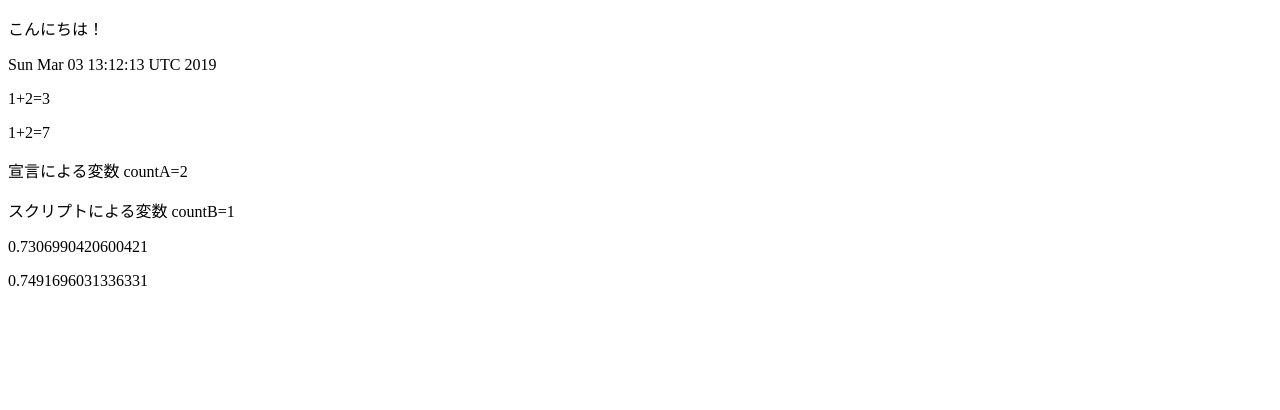
Repository: otake-natsumi/re_test
Page: http://localhost/HelloJSP/
The author's editor kept a copy of each file at every save. The page is drawn from the files as they stood at one save, then again after the next save.
The browser window is 1280 px wide. The pictures show the whole page.
The page is served by Tomcat 9.

Above is the page before, as saved 2019-03-03 13:26:13.

### HelloJSP/WebContent/index.jsp
<%@ page language="java" contentType="text/html; charset=UTF-8" pageEncoding="UTF-8"%>
<!DOCTYPE html>
<html>
<head>
	<meta charset="UTF-8">
	<title>TEST</title>
</head>
<body>

<p>こんにちは！</p>
<% out.println(new java.util.Date()); %>

<%!
	static int add(int a, int b){
		return a+b;
	}
%>
<p>1+2=<%=add(1,2) %></p>
<p>1+2=<%=add(3,4) %></p>

<%! static int countA=1; %>
<%
	int countB=0;
	countA++;
	countB++;
%>
<p>宣言による変数 countA=<%=countA %></p>
<p>スクリプトによる変数 countB=<%=countB %></p>

<p><% out.println(Math.random()); %></p>
<p><%=Math.random() %></p>
</body>
</html>

After the next save:
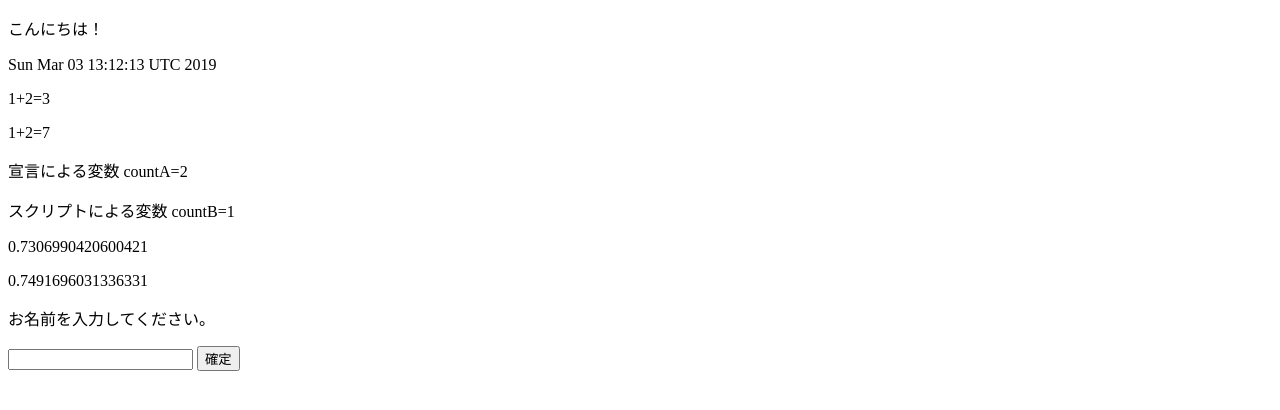
Saved 118 s later.
--- a/HelloJSP/WebContent/index.jsp
+++ b/HelloJSP/WebContent/index.jsp
@@ -29,5 +29,11 @@
 
 <p><% out.println(Math.random()); %></p>
 <p><%=Math.random() %></p>
+
+<p>お名前を入力してください。</p>
+<form method="post" action="greeting-out.jsp">
+	<input type="text" name="user">
+	<input type="submit" value="確定">
+</form>
 </body>
 </html>
